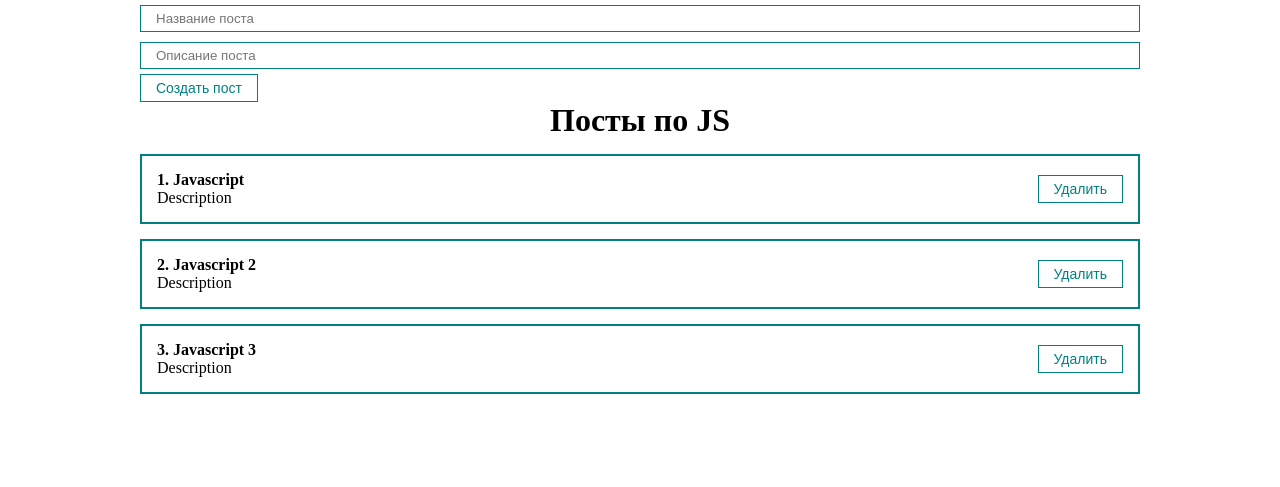
Repository: otvertka/ulb
Page: /
The author's editor kept a copy of each file at every save. The page is drawn from the files as they stood at one save, then again after the next save.
The browser window is 1280 px wide. The pictures show the whole page.
The project was rebuilt for these pictures with package versions that can differ from the ones it lists, and the page was loaded fresh each time. Also part of the build but not shown: src/components/Counter.jsx, src/components/ClassCounter.jsx.

Above is the page before, as saved 2023-06-12 10:57:12.

After the next save:
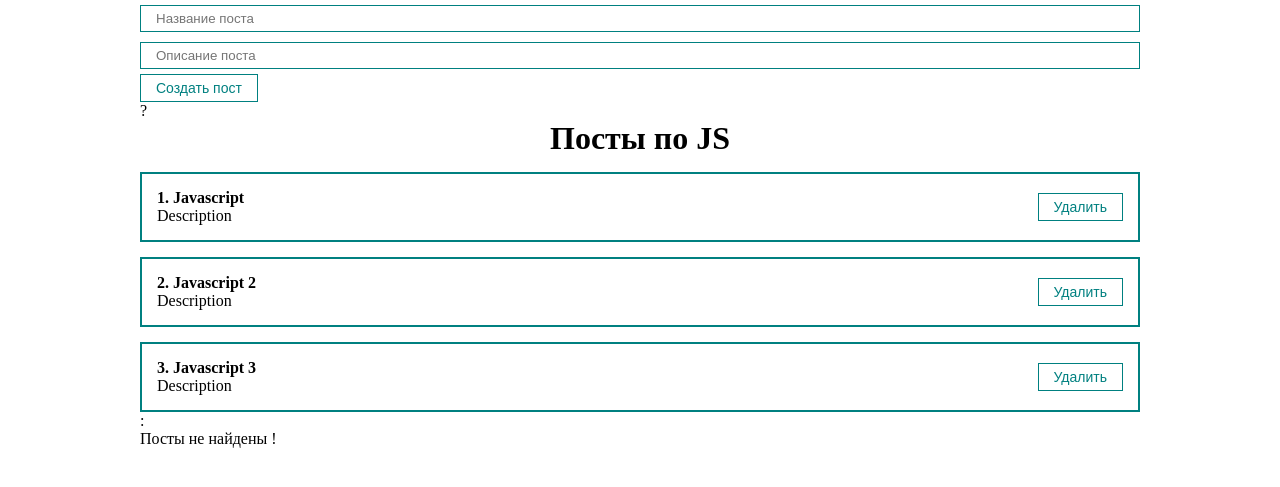
Saved 14 min 7 s later.
--- a/src/App.js
+++ b/src/App.js
@@ -29,7 +29,9 @@
     <div className="App">
       {/* передаём в компонент функцию обратного вызова, чтобы добавить в родительский массив дочерний новый элемент */}
       <PostForm create={createPost} />
-      <PostList remove={removePost} posts={posts} title="Посты по JS" />
+      {posts.length !== 0} ?{" "}
+      <PostList remove={removePost} posts={posts} title="Посты по JS" /> :{" "}
+      <div>Посты не найдены !</div>
     </div>
   );
 }

After the 3 saves that followed:
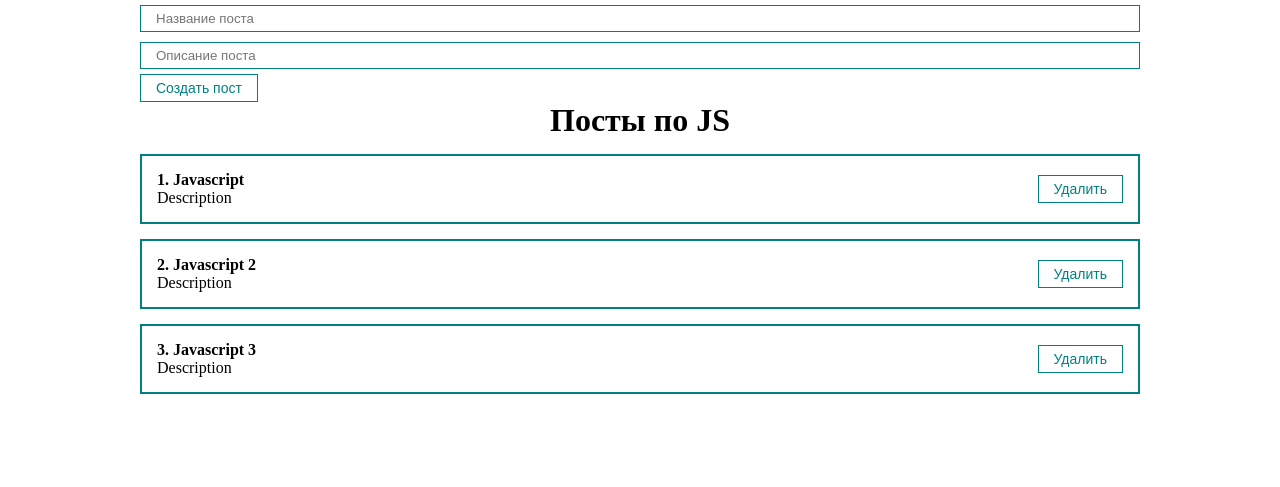
The 3 saves are shown as one change because 1 did not build or start and 1 left the picture as it was.
The last was saved 101 s later.
--- a/src/App.js
+++ b/src/App.js
@@ -29,9 +29,11 @@
     <div className="App">
       {/* передаём в компонент функцию обратного вызова, чтобы добавить в родительский массив дочерний новый элемент */}
       <PostForm create={createPost} />
-      {posts.length !== 0} ?{" "}
-      <PostList remove={removePost} posts={posts} title="Посты по JS" /> :{" "}
-      <div>Посты не найдены !</div>
+      {posts.length !== 0 ? (
+        <PostList remove={removePost} posts={posts} title="Посты по JS" />
+      ) : (
+        <div>Посты не найдены !</div>
+      )}
     </div>
   );
 }
